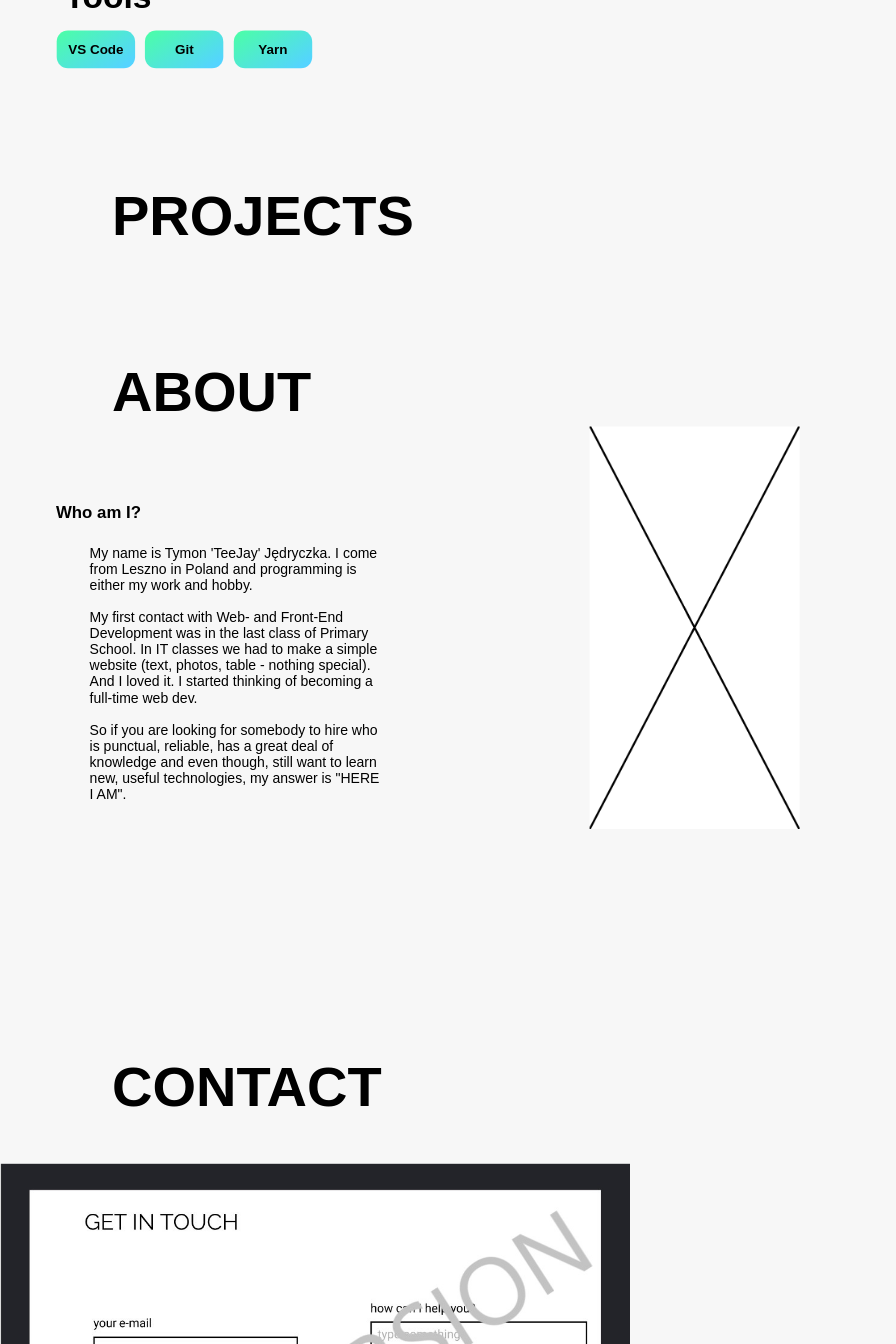
Repository: TeeJaysDev/Portfolio
Page: index.html
These files come from the project's save history. The page is drawn as it stood at one moment and after the next save; the edit follows.
The browser window is 1280 px wide. The pictures show the part of the page from y = 1642 to 3562 px (the page is 4313 px tall), at 70% of full size.
Some web libraries are served in a nearby version.

Above is the page before, as saved 2021-05-04 21:58:24.

### index.html
<!DOCTYPE html>
<html lang="en">
<head>
    <meta charset="UTF-8">
    <meta http-equiv="X-UA-Compatible" content="IE=edge">
    <meta name="viewport" content="width=device-width, initial-scale=1.0">
    <meta name="description" content="Author: Tymon 'TeeJay' Jędryczka, Purpose: It's just a portfolio, Technologies: HTML, CSS">
    <link rel="stylesheet" href="style.css">
    <script src="https://kit.fontawesome.com/97735ba04a.js" crossorigin="anonymous"></script>
    <title>Tymon Jędryczka | Portfolio</title>
</head>
<body>
    <nav>
        <a href="#skills"><h3>skills</h3></a>
        <a href="#projects"><h3>projects</h3></a>
        <a href="#about"><h3>about</h3></a>
        <a href="#contact"><h3>contact</h3></a>
    </nav>
    <header>
        <h2 class="welcome_part_h2">
            h1
        </h2>
        <h1 class="welcome_part_h1">
            Hi, I'm <br>
            <strong>Tymon Jędryczka</strong><br>
        </h1>
        <h1 class="welcome_part_h1_2">
            I design and build <br>
            incredible websites / webapps
        </h1>
        <p class="welcome_part_p">
            Web Dev and UX/UI Designer from Poland
        </p>
    </header>
    <main>
        <h1>
            SKILLS
        </h1>
        <section id="skills">
            <div class="languages">
                <div class="box">
                    <div class="image_h2">
                        <img src="Images/svg/languages.svg" alt="Languages I use all the time">
                        <h2>Languages</h2>
                    </div>
                    <div class="text">
                        <ul>
                            <li>HTML</li>
                            <li>CSS</li>
                            <li>JS</li>
                        </ul>
                    </div>
                </div>
            </div>
            <div class="frameworks">
                <div class="box">
                    <div class="image_h2">
                        <img src="Images/svg/frameworks.svg" alt="Frameworks I often use">
                        <h2>Frameworks</h2>
                    </div>
                    <div class="text">
                        <ul>
                            <li>React</li>
                            <li>Angular</li>
                            <li>Vue</li>
                        </ul>
                    </div>
                </div>
            </div>
            <div class="design">
                <div class="box">
                    <div class="image_h2">
                        <img src="Images/svg/design.svg" alt="Tool I use to create beautiful designs">
                        <h2>Design</h2>
                    </div>
                    <div class="text">
                        <ul>
                            <li>Figma</li>
                            <li>Inkscape</li>
                            <li>Own Ideas</li>
                        </ul>
                    </div>
                </div>
            </div>
            <div class="tools">
                <div class="box">
                    <div class="image_h2">
                        <img src="Images/svg/tools.svg" alt="Other tools I use to improve code performance and designs">
                        <h2>Tools</h2>
                    </div>
                    <div class="text">
                        <ul>
                            <li>VS Code</li>
                            <li>Git</li>
                            <li>Yarn</li>
                        </ul>
                    </div>
                </div>
            </div>
        </section>
        <section id="projects">
            <h1>
                PROJECTS
            </h1>
        </section>
        <section id="about">
            <h1>
                ABOUT
            </h1>
            <h2>
                Who am I?
            </h2>
            <div class="container">
                <p>
                    My name is Tymon 'TeeJay' Jędryczka. I come from Leszno in Poland and programming is either my work and hobby.
                    <br><br>
                    My first contact with Web- and Front-End Development was in the last class of Primary School. In IT classes we had to make a simple website (text, photos, table - nothing special). And I loved it. I started thinking of becoming a full-time web dev.
                    <!-- <br><br> I am also a self-taught dev and with CodeCademy and YouTube I get knowledge of HTML5, CSS3, JS, and its frameworks (React, Angular, Vue). I call myself a 2-in-1 developer 'cause I design things (usually in Figma) and then make them real by writing some code. -->
                    <br><br>
                    So if you are looking for somebody to hire who is punctual, reliable, has a great deal of knowledge and even though, still want to learn new, useful technologies, my answer is "HERE I AM".
                </p>
                <img src="Images/png/to_replace.png" alt="photo of myself">
            </div>
        </section>
        <section id="contact">
            <h1>
                CONTACT
            </h1>
            <img src="Images/png/contactform.png" alt="contactform BETA VERSION">
        </section>
    </main>
    <footer>
        <h2>2021 &copy; Tymon 'TeeJay' Jędryczka</h2>
        <ul>
            <li><a href="https://facebook.com/tymonjedr/" aria-label="Facebook" target="_blank" rel="noopener"><i class="fab fa-facebook"></i></a></li>
            <li><a href="https://linkedin.com/in/tymon-jedryczka/" aria-label="LinkedIn" target="_blank" rel="noopener"><i class="fab fa-linkedin"></i></a></li>
            <li><a href="https://github.com/TeeJaysDev" aria-label="GitHub" target="_blank" rel="noopener"><i class="fab fa-github"></i></a></li>
            <li><a href="https://stackoverflow.com/users/15029595/teejaysdev" aria-label="StackOverflow" target="_blank" rel="noopener"><i class="fab fa-stack-overflow"></i></a></li>
            <li><a href="https://codecademy.com/profiles/TeeJaysDev" target=”_blank” rel="noopener"><img src="Images/svg/codecademy.svg" alt=""></a></li>
        </ul>
    </footer>
</body>
</html>

### style.css
@import url('https://fonts.googleapis.com/css2?family=Raleway&display=swap');

* {
    margin: 0;
    padding: 0;
    font-family: sans-serif;
    text-decoration: none;
}

body {
    background-color: #F7F7F7;
}

nav {
    display: flex;
    justify-content: flex-end;
}

nav a {
    color: #000000;
    padding: 0.938rem;
    margin-top: 2rem;
    margin-right: 3.125rem;
    font-size: 1.563rem;
}

.welcome_part_h1 strong {
    background-image: linear-gradient(147deg, #4bffa5, #54d4ff 90%);
    background-size: 100%;
    background-repeat: repeat;
    background-clip: text;
    -webkit-background-clip: text;
    -webkit-text-fill-color: transparent;
    -moz-background-clip: text;
    -moz-text-fill-color: transparent;
    -webkit-text-stroke: 1.5px black;
}

.welcome_part_h2 {
    font-family: monospace;
    font-size: 3.75rem;
    margin-top: 9rem;
    margin-left: 2.5rem;
    margin-bottom: 0rem;
}

.welcome_part_h1, .welcome_part_h1_2{
    margin-top: 2rem;
    margin-left: 5rem;
    font-family: Raleway;
    font-weight: lighter;
    font-size: 5rem;
    min-width: 18ch;
}

.welcome_part_h1_2 {
    margin: 0.5rem auto 2rem 5rem;
    font-family: Raleway;
    font-weight: lighter;
    font-size: 4.1rem;
    min-width: 18ch;
}

.welcome_part_p {
    margin-bottom: 18rem;
    margin-left: 4rem;
    font-size: 2.5rem;
}

.box .image_h2 {
    justify-items: center;
}

.image_h2 img {
    width: 100px;
    height: 100px;
}

#skills {
    display: grid;
    justify-content: center;
    grid-template-columns: repeat(auto-fit, 400px);
    margin-left: 4.5rem;
}

main h1 {
    font-size: 5rem;
    margin-left: 10rem;
    margin-top: 10rem;
}

.image_h2 {
    display: flex;
    flex-wrap: wrap;
    margin: 4rem 20rem 1rem 1rem;
    font-size: 2rem;
}

.text {
    display: flex;
    flex-wrap: wrap;
}

.text ul li {
    list-style: none;
    margin: 1rem;
    color: #000000;
    font-weight: bold;
    font-size: 1.2rem;
    text-align: center;
    align-items: center;
    border-radius: 1rem;
    margin: 0.3125rem 0.3125rem;
    display: inline-block;
    width: 7rem;
    background-image: linear-gradient(147deg, #4bffa5, #54d4ff 90%);
    padding-top: 1rem;
    padding-bottom: 1rem;
}

#projects h1 {
    margin-top: 10rem;
}

#about .container {
    display: flex;
    height: 600px;
    width: 100%;
    color: #000000;
}

#about h2 {
    margin-left: 5rem;
    margin-top: 7rem;
}

#about p {
    font-size: 1.25rem;
    min-width: 31ch;
    max-width: 60ch;
    margin-left: 8rem;
    margin-bottom: 5rem;
    margin-top: 2rem;
}

#about img {
    width: 600px;
    height: 300px;
    margin-left: 10rem;
    transform: rotate(90deg);
    align-items: center;
}

#contact {
    display: block;
}

#contact h1 {
    margin-bottom: 4rem;
}

#contact img {
    width: 900px;
    margin-bottom: 7rem;
}

footer, footer h2 {
    color: #C5C4C6;
    background-color: #232429;
    font-family: Arial, Helvetica, sans-serif;
    font-size: 0.938rem;
    font-weight: lighter;
    text-align: center;
    z-index: -1;
    padding-top: 1.875rem;
    padding-bottom: 3.125rem;
}

footer ul li{
    margin: 0rem 1.5rem;
    display: inline;
}

footer .fab {
    color: #50E8D5;
    font-size: 2rem;
}

footer img{
    width: 2.2rem;
}

body .error {
    text-align: center;
}

.error p {
    font-family: Quicksand;
    font-weight: 700;
    color: #000000;
    font-size: 20rem;
    margin-top: 5rem;
}

.error button a {
    text-decoration: none;
    text-align: center;
    color: #000000;
    font-size: 2rem;
    padding: 3rem;
}

.error .mainError {
    display: flex;
    text-align: center;
    margin-left: 40rem;
    margin-right: auto;
}

.error img {
    width: 250px;
}

.error button {
    margin-top: 10rem;
}
/* Smartphone (portrait) --- */

@media only screen
and (max-width: 767px) {

    nav {
        display: flex;
        justify-content: flex-end;
        margin-right: 1rem;
        margin-top: 0rem;
    }

    nav a {
        padding: 0.938rem;
        margin-top: 2rem;
        margin-right: -1rem;
        font-size: 1rem;
    }

    .welcome_part_h2 {
        font-family: monospace;
        font-size: 1.875rem;
        margin-top: 9rem;
        margin-left: 1rem;
    }

    .welcome_part_h1 {
        margin-top: 1rem;
        margin-left: 2rem;
        font-size: 2.5rem;
        min-width: 18ch;
    }

    .welcome_part_h1_2 {
        margin-bottom: 2rem;
        margin-left: 2rem;
        font-size: 2rem;
    }

    .welcome_part_p {
        margin-bottom: 10rem;
        margin-left: 2rem;
        font-size: 1.25rem;
    }

    main h1 {
        margin-left: 3rem;
        font-size: 4rem;
    }

    #about p {
        font-size: 1.25rem;
        max-width: 35ch;
        margin-left: 2rem;
        margin-bottom: 5rem;
    }

    #about h2 {
        margin-left: 2rem;
        margin-top: 5rem;
    }

    #about img {
        margin-left: -1rem;
    }

    footer, footer h4 {
        padding-top: 1.875rem;
        padding-bottom: 3.125rem;
        width: 100%;
    }

    footer li{
        display: inline;
    }
}



@media only screen
and (min-width: 768px)
and (max-width: 1024px)
and (orientation: portrait) {

    * {
        margin: 0;
        padding: 0;
        font-family: sans-serif;
        text-decoration: none;
    }

    body {
        background-color: #F7F7F7;
    }

    nav {
        display: flex;
        justify-content: flex-end;
        margin-right: 0rem;
        margin-top: 0rem;
    }

    nav a {
        color: #000000;
        padding: 0.938rem;
        margin-top: 2rem;
        margin-right: 3.125rem;
        font-size: 1.563rem;
    }

    .welcome_part_h2 {
        font-family: monospace;
        font-size: 3.75rem;
        margin-top: 13rem;
        margin-left: 2.5rem;
        margin-bottom: 0rem;
    }

    .welcome_part_h1 {
        margin-top: 2rem;
        margin-left: 5rem;
        margin-bottom: 2rem;
        font-family: Raleway;
        font-weight: lighter;
        font-size: 3.9rem;
        min-width: 18ch;
    }

    .welcome_part_p {
        margin-bottom: 20rem;
        margin-left: 4rem;
    }

    #about p {
        font-size: 1.25rem;
        max-width: 45ch;
        margin-left: 8rem;
        margin-bottom: 5rem;
    }

    #about h2 {
        margin-left: 5rem;
        margin-top: 5rem;
    }

    #projects h1 {
        width: 15%;
        margin-top: 3rem;
    }

    #about h1 {
        width: 15%;
    }

    #contact h1 {
        width: 17%;
    }

    footer, footer h4 {
        color: #C5C4C6;
        background-color: #232429;
        font-family: Arial, Helvetica, sans-serif;
        font-size: 0.938rem;
        font-weight: lighter;
        text-align: center;
        z-index: -1;
        width: 100%;
        padding-top: 1.875rem;
        padding-bottom: 3.125rem;
    }

    body .error {
        text-align: center;
    }

    .error p {
        font-family: Quicksand;
        font-weight: 700;
        color: #000000;
        font-size: 20rem;
        margin-top: 5rem;
    }

    .error button a {
        text-decoration: none;
        text-align: center;
        color: #000000;
        font-size: 2rem;
        padding: 3rem;
    }

    .error .mainError {
        display: flex;
        text-align: center;
        margin-left: 40rem;
        margin-right: auto;
    }

    .error img {
        width: 250px;
    }

    .error button {
        margin-top: 10rem;
    }
}

@media only screen
and (min-width: 953)
and (max-width: 1230) {
     p {
        margin-left: 1rem;
    }
}

@media only screen
and (min-width: 550px)
and (max-width: 700px) {
    .welcome_part_h2 {
        font-family: monospace;
        font-size: 3.75rem;
        margin-top: 13rem;
        margin-left: 2.5rem;
        margin-bottom: 0rem;
    }

    .welcome_part_h1 {
        margin-top: 2rem;
        margin-left: 5rem;
        margin-bottom: 2rem;
        font-size: 2.6rem;
    }

    .welcome_part_p {
        margin-bottom: 20rem;
        margin-left: 4rem;
    }
}

@media only screen
and (min-width: 1920px) {
    .welcome_part_h2 {
        font-family: monospace;
        font-size: 3.75rem;
        margin-top: 13rem;
        margin-left: 2.5rem;
        margin-bottom: 0rem;
    }

    .welcome_part_h1 {
        margin-top: 2rem;
        margin-left: 5rem;
        margin-bottom: 2rem;
        font-size: 5rem;
    }

    .welcome_part_p {
        margin-bottom: 20rem;
        margin-left: 4rem;
        font-size: 2.5rem;
    }
}

@media only screen
and (max-width: 950) {

}

After the next save:
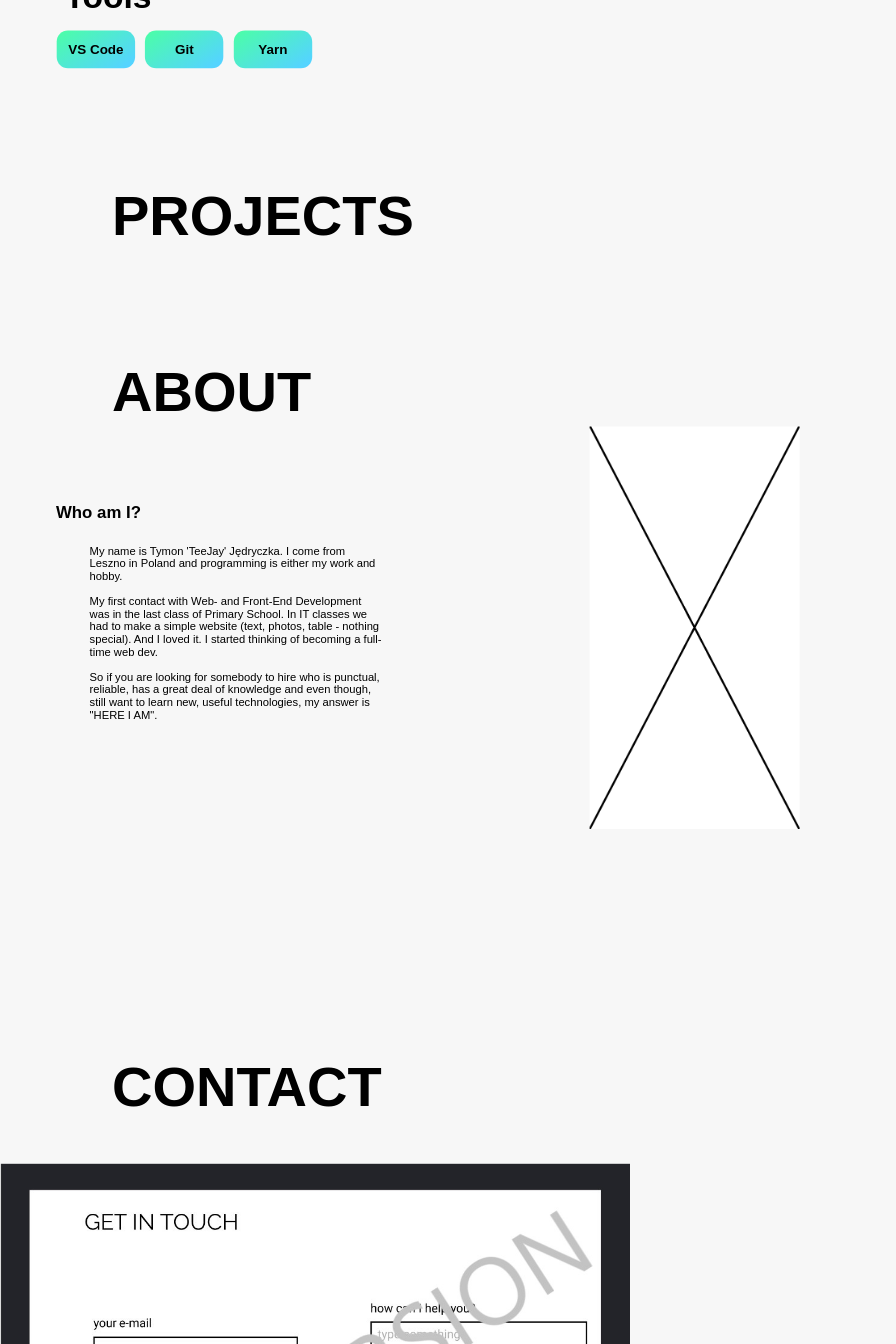
Saved 29 s later.
--- a/style.css
+++ b/style.css
@@ -135,6 +135,7 @@ main h1 {
 }
 
 #about p {
+    min
     font-size: 1.25rem;
     min-width: 31ch;
     max-width: 60ch;

After the 3 saves that followed:
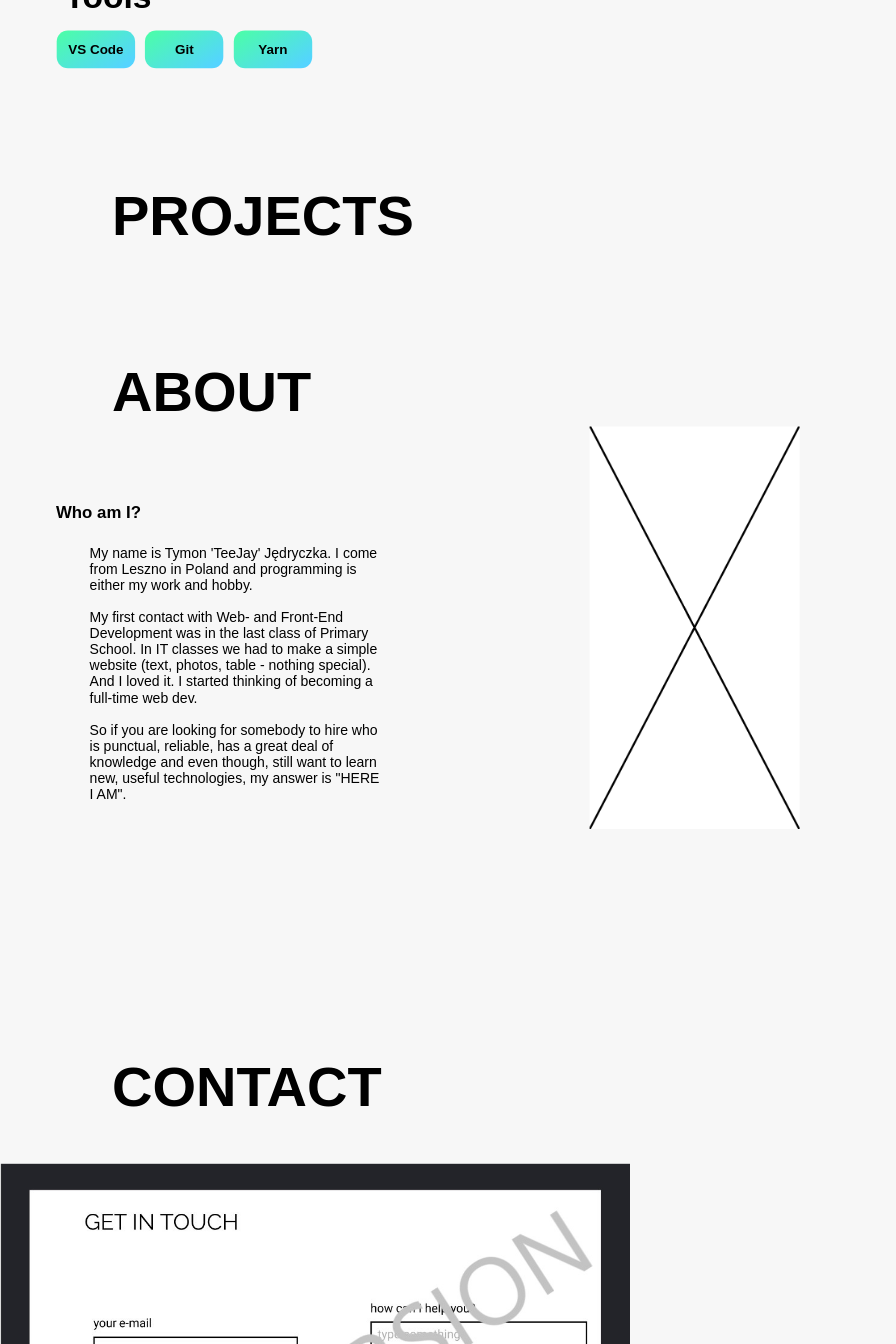
The 3 saves are shown as one change because they came seconds apart.
The last was saved 9 s later.
--- a/style.css
+++ b/style.css
@@ -135,9 +135,8 @@ main h1 {
 }
 
 #about p {
-    min
     font-size: 1.25rem;
-    min-width: 31ch;
+    min-width: 32ch;
     max-width: 60ch;
     margin-left: 8rem;
     margin-bottom: 5rem;
